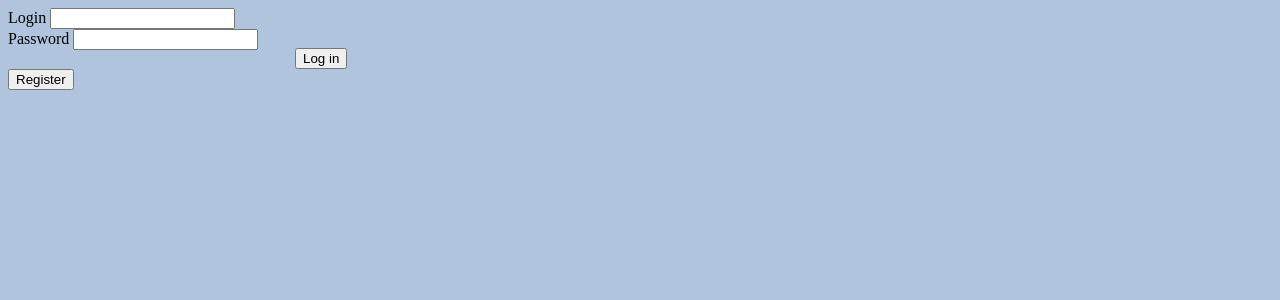
Repository: zlenyk/wrzucak
Page: Shop/WebContent/index.html
The author's editor kept a copy of each file at every save. The page is drawn from the files as they stood at one save, then again after the next save.
The browser window is 1280 px wide. The pictures show the whole page.

Above is the page before, as saved 2013-09-24 10:14:00.

### Shop/WebContent/index.html
<!DOCTYPE html PUBLIC "-//W3C//DTD XHTML 1.0 Transitional//EN" "http://www.w3.org/TR/xhtml1/DTD/xhtml1-transitional.dtd">
<html xmlns="http://www.w3.org/1999/xhtml">

<head>

	<title>Login Page</title>
	<link rel="Stylesheet" type="text/css" href="style.css" />
</head>

<body>

	<form method="post" action="http://localhost:8080/Shop/Login">


			<label for="login">Login</label>
			<input type="text" id="login" name="login"/>
			<div class="clear"></div>

			<label for="password">Password</label>
			<input type="password" id="password" name="password"/>
			<div class="clear"></div>

			<input type="hidden" name ="action" value = "login" />

			<br />

			<input type="submit" style="margin: -20px 0 0 287px;" value="Log in"/>
	</form>

	<form  method="post" action="http://localhost:8080/Shop/registration.html">
			<input type="submit" value="Register"/>
	</form>
</body>

</html>

### Shop/WebContent/style.css
@CHARSET "UTF-8";

body {background-color:#b0c4de;}

ul, ul li {
	display: block;
	list-style: none;
	margin: 0;
	padding: 0;
}

ul {
	width: 150px;
	padding: 2px 2px 1px 2px;
	background-color: #9ce;
	border: 3px double #28e;
}

ul li {
	border-bottom: 1px solid #9ce;
}

ul a:link, ul a:visited {
	display: block;
	width: 126px;
	text-decoration: none;
	padding: 7px;
	font-weight: bold;
	background-color: #27c;
	color: #def;
	border-left: 10px solid #25b;
}

ul a:hover {
	width: 136px;
	background-color: #28e;
	color: #fff;
	border-left: 20px solid #26d;
}
.box
{
	font-family: "Lucida Sans Unicode", "Lucida Grande", Sans-Serif;
	font-size: 12px;
	margin: 45px;
	width: 480px;
	text-align: left;
	border-collapse: collapse;
}
.box th
{
	font-size: 13px;
	font-weight: normal;
	padding: 8px;
	background: #b9c9fe;
	border-top: 4px solid #aabcfe;
	border-bottom: 1px solid #fff;
	color: #039;
}
.box td
{
	padding: 8px;
	background: #e8edff;
	border-bottom: 1px solid #fff;
	color: #669;
	border-top: 1px solid transparent;
}
.box tr:hover td
{
	background: #d0dafd;
	color: #339;
}

After the next save:
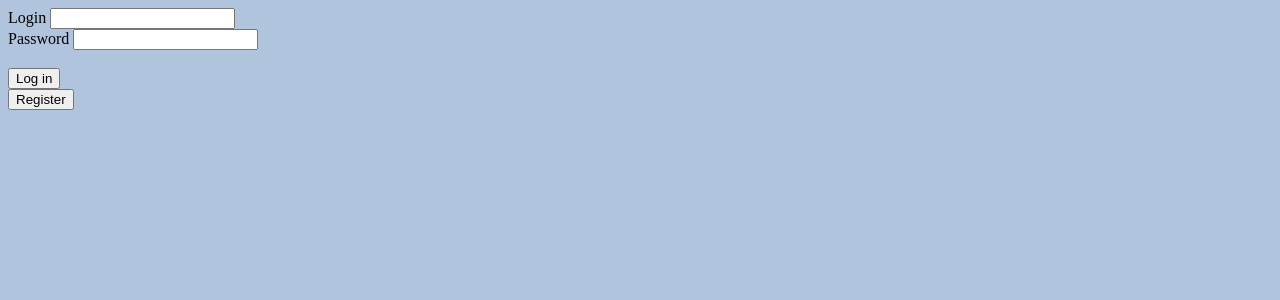
Saved 6 s later.
--- a/Shop/WebContent/index.html
+++ b/Shop/WebContent/index.html
@@ -24,7 +24,7 @@
 
 			<br />
 
-			<input type="submit" style="margin: -20px 0 0 287px;" value="Log in"/>
+			<input type="submit" value="Log in"/>
 	</form>
 
 	<form  method="post" action="http://localhost:8080/Shop/registration.html">
